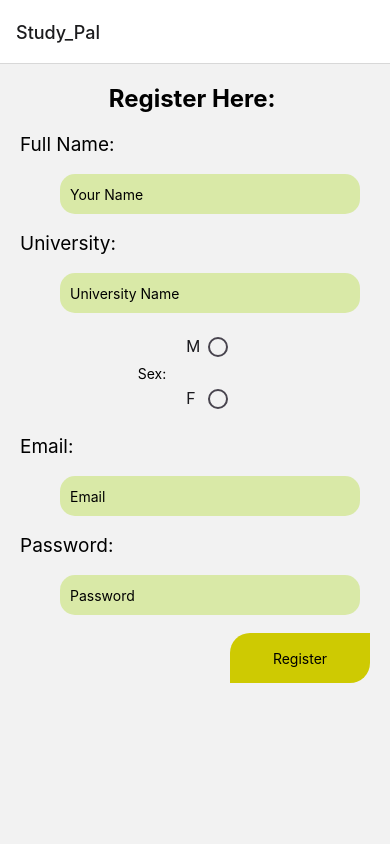
Repository: abdurehmanali611/Study-Pal
Screen: /
An editor plug-in stored every save of this project. The screen is shown before and after the next save, followed by the edit.
The app was drawn by React Native's web renderer in a window 390 px wide. The project was rebuilt for these pictures with package versions that can differ from the ones it lists, and the page was loaded fresh each time. Also part of the build but not shown: Front_Pages/Home.js, Screens/Softwareeng.js, Screens/Computersci.js, Screens/Informationsci.js, Screens/Informationtech.js, Screens/Softwarecards.js, Screens/Computercards.js, Screens/Sciencecards.js and 4 more.

Above is the screen before, as saved 2024-01-23 22:28:38.

After the next save:
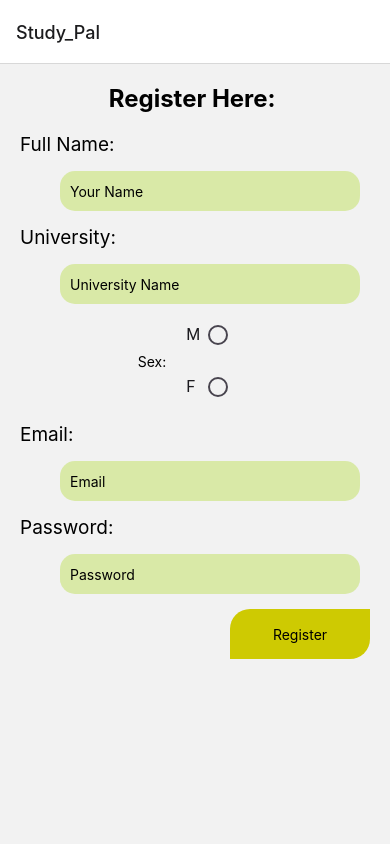
Saved 28 s later.
--- a/Front_Pages/Sign_Up.js
+++ b/Front_Pages/Sign_Up.js
@@ -144,7 +144,7 @@ const styles = StyleSheet.create ({
         width: 300,
         height: 40,
         paddingLeft: 10,
-        marginVertical: 8
+        marginVertical: 5
     },
     press : {
       backgroundColor: randomRGB(),
